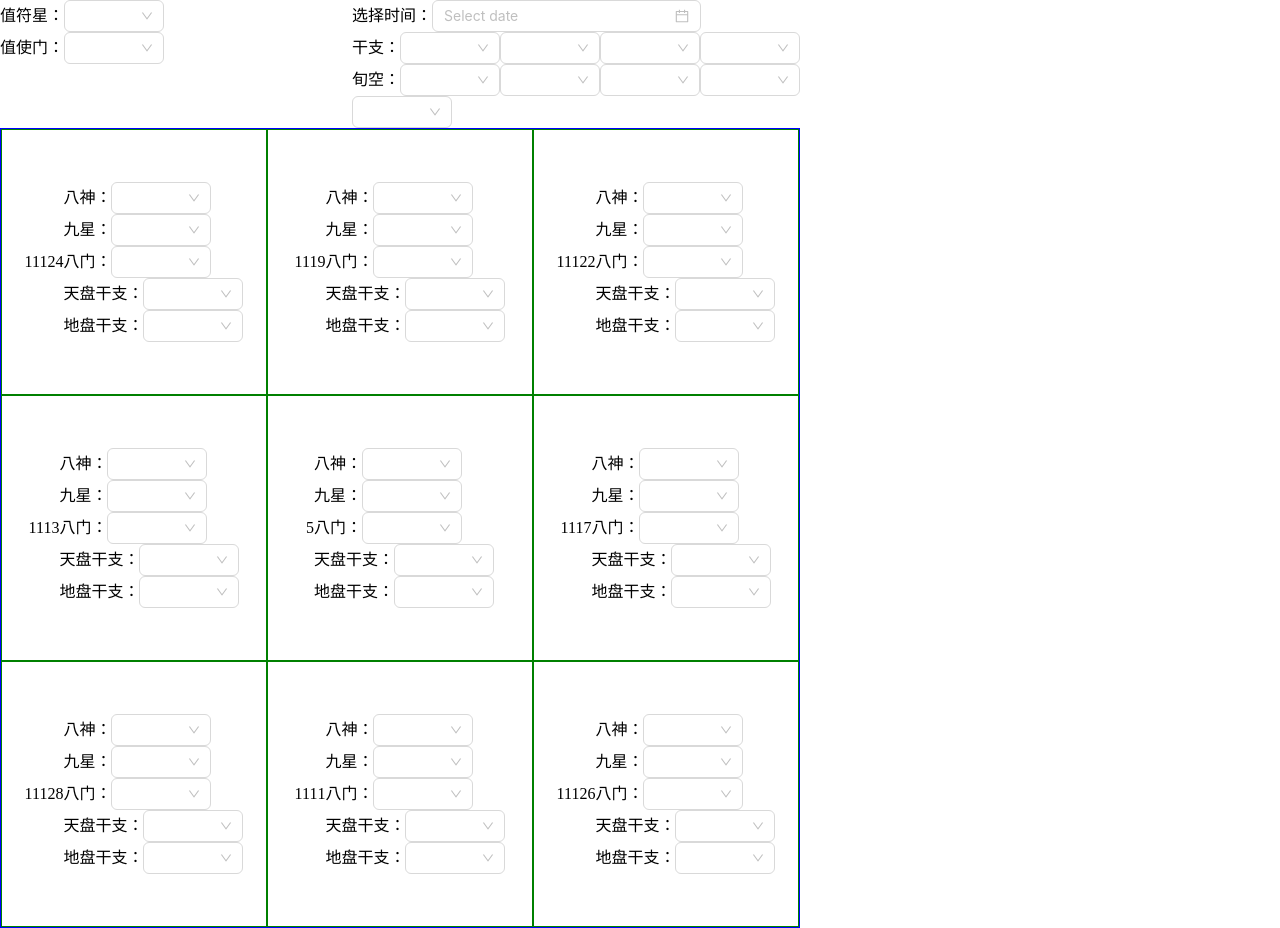
Repository: DaozhangChen/qiMen
Page: /
An editor plug-in stored every save of this project. The page is shown before and after the next save, followed by the edit.
The browser window is 1280 px wide. The pictures show the whole page.
The project was rebuilt for these pictures with package versions that can differ from the ones it lists, and the page was loaded fresh each time. Also part of the build but not shown: vite.config.js.

Above is the page before, as saved 2024-04-06 15:42:35.

After the next save:
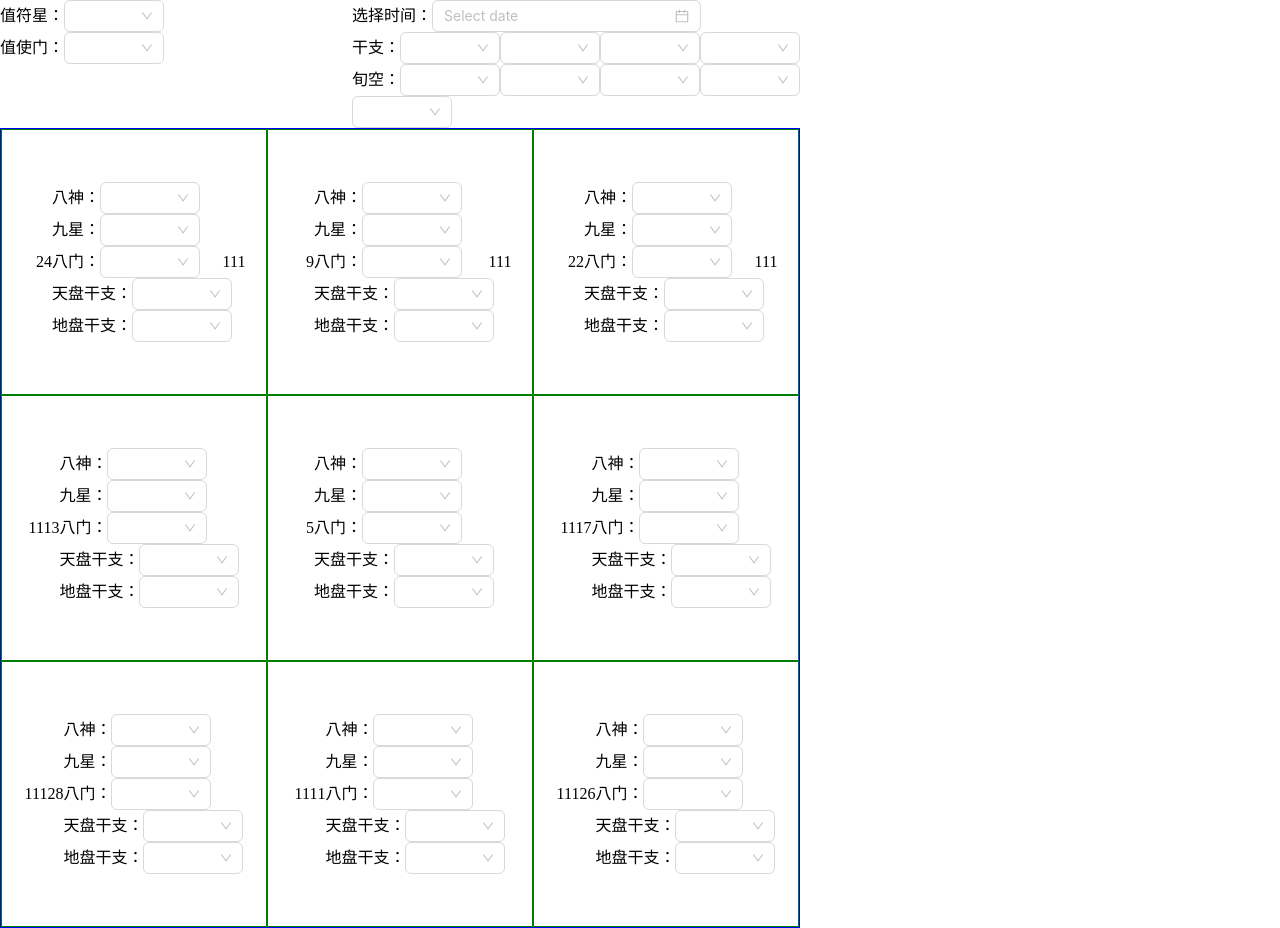
Saved 62 s later.
--- a/src/style/Sudoku.css
+++ b/src/style/Sudoku.css
@@ -20,7 +20,9 @@
     margin: 5px 0px;
 }
 
-.downStem1- {
+.downStem1-4,
+.downStem1-9,
+.downStem1-2 {
     position: absolute;
     transform: translateX(100px);
 }
